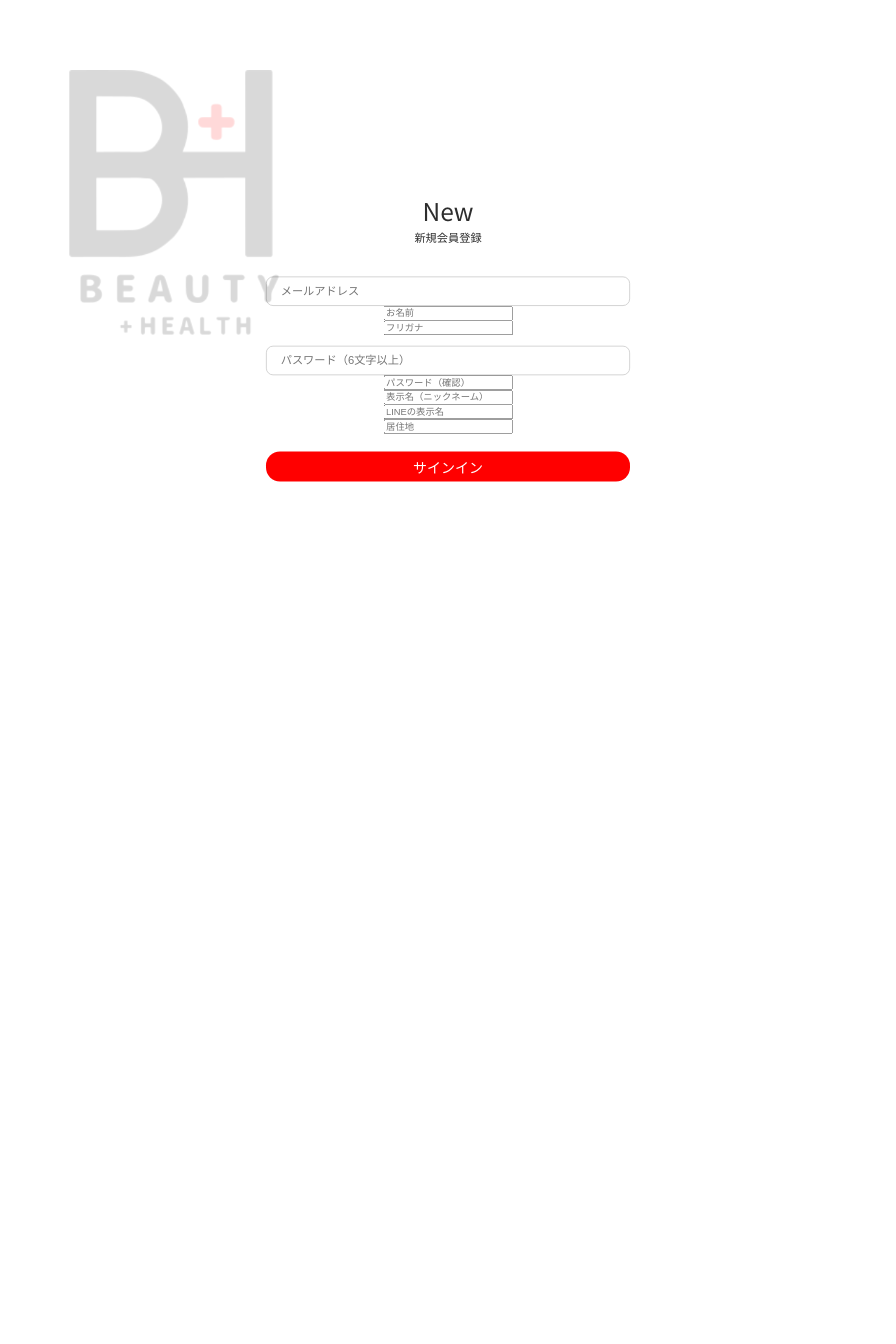
Repository: AceRose620/BH-Connect
Page: register.html
An editor plug-in stored every save of this project. The page is shown before and after the next save, followed by the edit.
The browser window is 1280 px wide. The pictures show the part of the page from y = 0 to 1920 px (the page is 8725 px tall), at 70% of full size.

Above is the page before, as saved 2024-07-23 00:09:21.

### register.html
<!DOCTYPE html>
<head>
    <!-- @import url(http://fonts.googleapis.com/earlyaccess/notosansjp.css);
    @import "tailwindcss/base";
    @import "tailwindcss/components";
    @import "tailwindcss/utilities"; -->
    <title>Beauty + Health</title>
    <meta name="viewport" content="width=device-width, initial-scale=1.0" />
    <link rel="stylesheet" href="assets/stylesheets/application.css">
    <link rel="stylesheet" href="assets/stylesheets/login.css">
    <link href="https://fonts.googleapis.com/css2?family=Noto+Sans+JP:wght@400;700&display=swap" rel="stylesheet">
</head>
<body>
    <img class="img-logo" src="./assets/images/bg-bhconnect-logo.png" alt="">
    <div class="login-pane">
        <span class="title">New</span>
        <span class="sub-title">新規会員登録</span>
        <input class="mail" type="text" placeholder="メールアドレス" aria-label="mail"/>
        <input class="kanji-name" type="text" placeholder="お名前" aria-label="kanji-name"/>
        <input class="hurigana-name" type="text" placeholder="フリガナ" aria-label="hurigana-name"/>
        <input class="password" type="password" placeholder="パスワード（6文字以上）" aria-label="password"/>
        <input class="password-confirm" type="password" placeholder="パスワード（確認）" aria-label="password-confirm"/>
        <input class="nickname" type="text" placeholder="表示名（ニックネーム）" aria-label="nickname"/>
        <input class="line-nickname" type="text" placeholder="LINEの表示名" aria-label="line-nickname"/>
        <input class="location" type="text" placeholder="居住地" aria-label="location"/>
        <button class="btn-login">サインイン</button>
    </div>
</body>
</html>

### assets/stylesheets/application.css
/*
 * This is a manifest file that'll be compiled into application.css, which will include all the files
 * listed below.
 *
 * Any CSS and SCSS file within this directory, lib/assets/stylesheets, or any plugin's
 * vendor/assets/stylesheets directory can be referenced here using a relative path.
 *
 * You're free to add application-wide styles to this file and they'll appear at the bottom of the
 * compiled file so the styles you add here take precedence over styles defined in any other CSS/SCSS
 * files in this directory. Styles in this file should be added after the last require_* statement.
 * It is generally better to create a new file per style scope.
 *
 *= require_tree .
 *= require_self
 */
body {
  font-family: 'Noto Sans JP', sans-serif;
  margin: 0;
  color: #414141;
  /* background-image: url(../images/background.png); */
  height: 8450px;
}

a {
  color: #414141;
  text-decoration: none;
  -webkit-tap-highlight-color:rgba(0,0,0,0);
}

h1, h2, h3, p {
  margin: 0;
  -webkit-tap-highlight-color:rgba(0,0,0,0);
}

input {
  outline: none;
}
input:focus {
  outline:none;
}
input:-webkit-autofill {
  box-shadow: 0 0 0 1000px white inset;
}
input[type="submit"] {
  -webkit-appearance: none;
  border: none;
  cursor: pointer;
  display: inline-block;
  margin: 0;
  padding: 0;
  text-decoration: none;
}

textarea {
  outline: none;
}

button {
  background-color: transparent;
  border: none;
}

.wrapper {
  display: flex;
}

### assets/stylesheets/login.css
.img-logo {
    position: absolute;
    width: 299px;
    top: 0;
    left: 0;
    margin: 100px 99px;
}

.login-pane {
    width: 520px;
    display: flex;
    flex-direction: column;
    justify-content: center;
    align-items: center;
    margin: 275px auto;
}

.login-pane span.title {
    font-size: 35px;
    color: #2D2D2D;
}

.login-pane span.sub-title {
    font-size: 16px;
    color: #2D2D2D;
}

input.mail {
    width: 100%;
    height: 42px;
    border: 1px solid #C2C2C2;
    border-radius: 10px;
    padding: 0 20px;
    font-size: 16px;
    margin-top: 45px;
    box-sizing: border-box;
}

input.password {
    width: 100%;
    height: 42px;
    border: 1px solid #C2C2C2;
    border-radius: 10px;
    padding: 0 20px;
    font-size: 16px;
    margin-top: 15px;
    box-sizing: border-box;
}

a.find-password {
    color: #2D2D2D;
    margin-top: 10px;
    margin-left: 300px;
}

button.btn-login {
    background-color: #FF0000;
    color: white;
    width: 100%;
    font-size: 20px;
    border-radius: 20px;
    height: 43px;
    margin-top: 25px;
}

a.register {
    color: #FF0000;
    font-size: 20px;
    border-bottom: 1px solid #FF0000;
    letter-spacing: -1px;
    margin-top: 50px;
}

@media (max-width: 580px) {
    .img-logo {
        width: 178px;
        margin: 0;
    }

    .login-pane {
        padding: 0 40px;
        width: auto;
    }

    a.find-password {
        margin-left: 115px;
    }
}

After the next save:
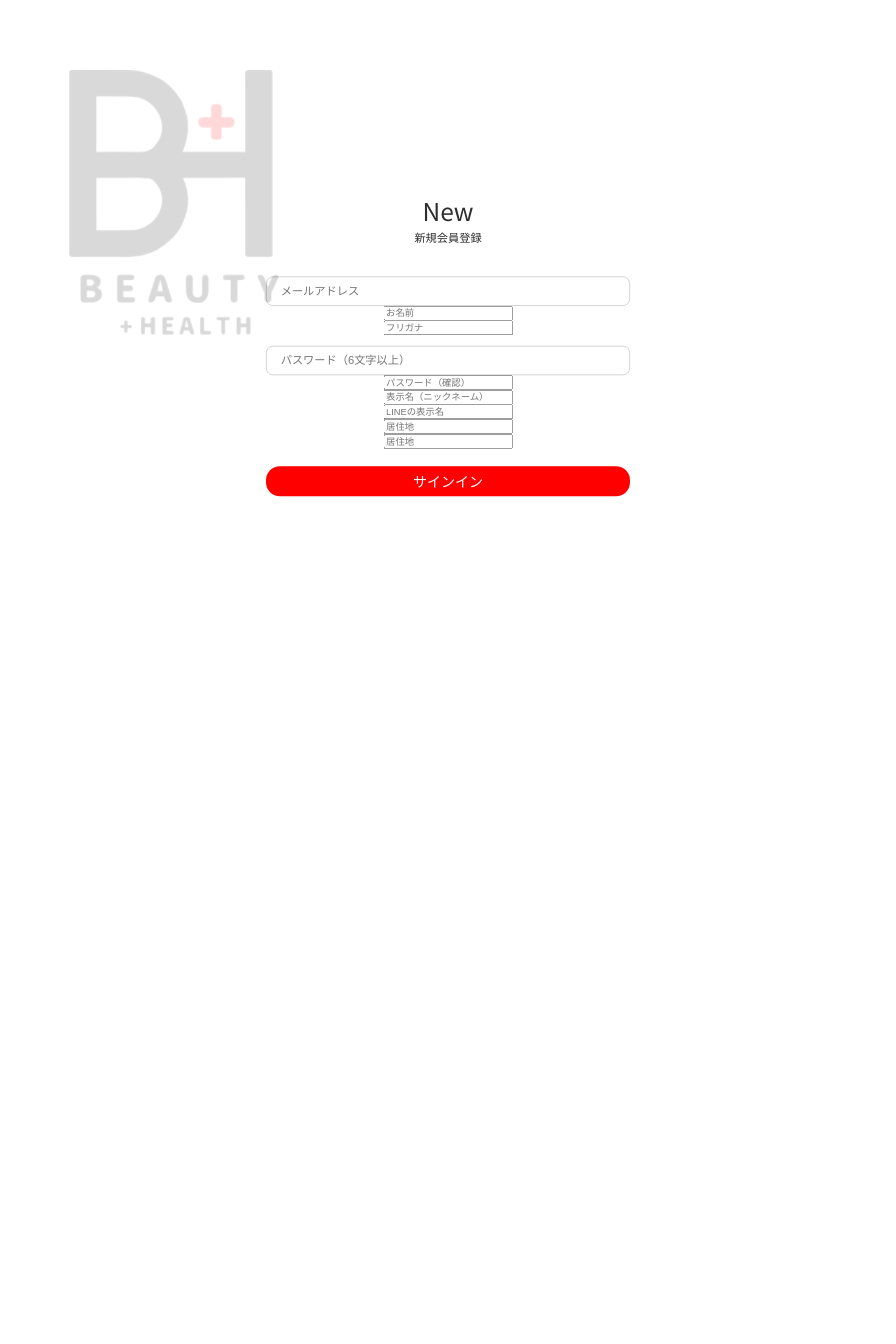
Saved 79 s later.
--- a/register.html
+++ b/register.html
@@ -23,6 +23,7 @@
         <input class="nickname" type="text" placeholder="表示名（ニックネーム）" aria-label="nickname"/>
         <input class="line-nickname" type="text" placeholder="LINEの表示名" aria-label="line-nickname"/>
         <input class="location" type="text" placeholder="居住地" aria-label="location"/>
+        <input class="location" type="text" placeholder="居住地" aria-label="location"/>
         <button class="btn-login">サインイン</button>
     </div>
 </body>
